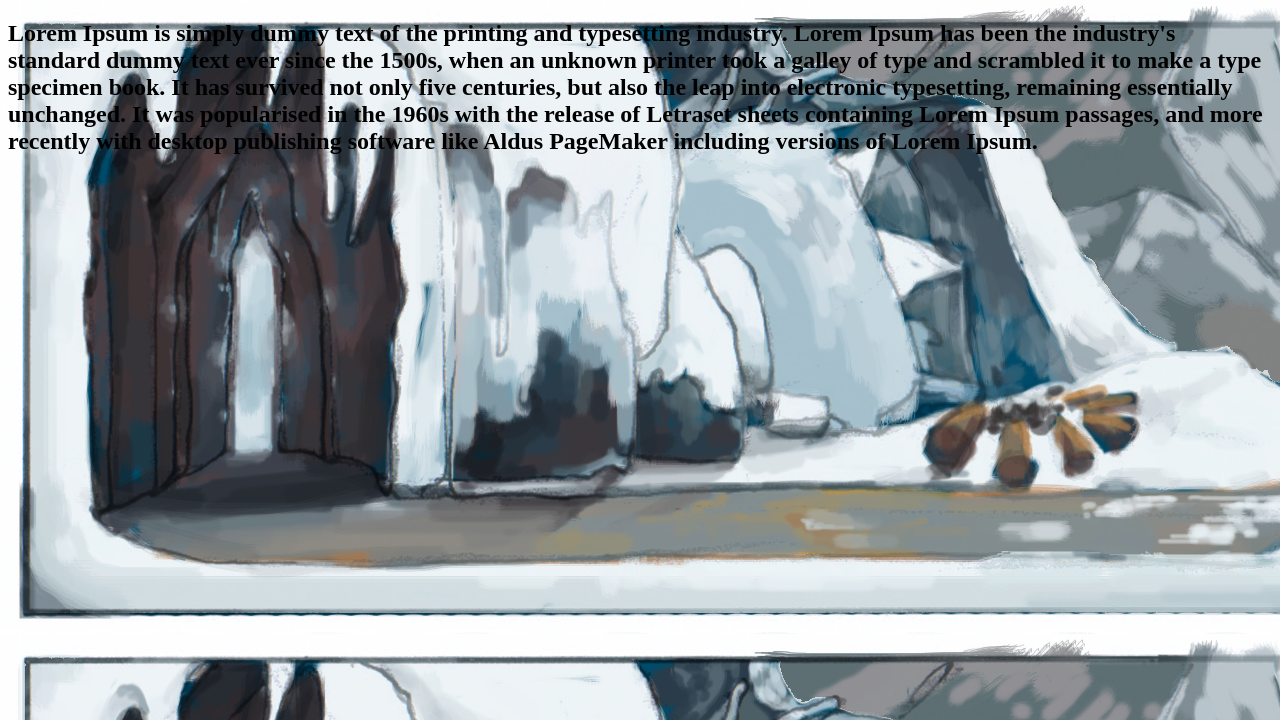
Repository: daeun0220/KB_EDU_JAVA
Page: work03_FrontUI/front02_CSS3/src/main/webapp/css07_background.html
An editor plug-in stored every save of this project. The page is shown before and after the next save, followed by the edit.
The browser window is 1280 px wide. The pictures show the whole page.

Above is the page before, as saved 2023-08-08 02:14:52.

After the next save:
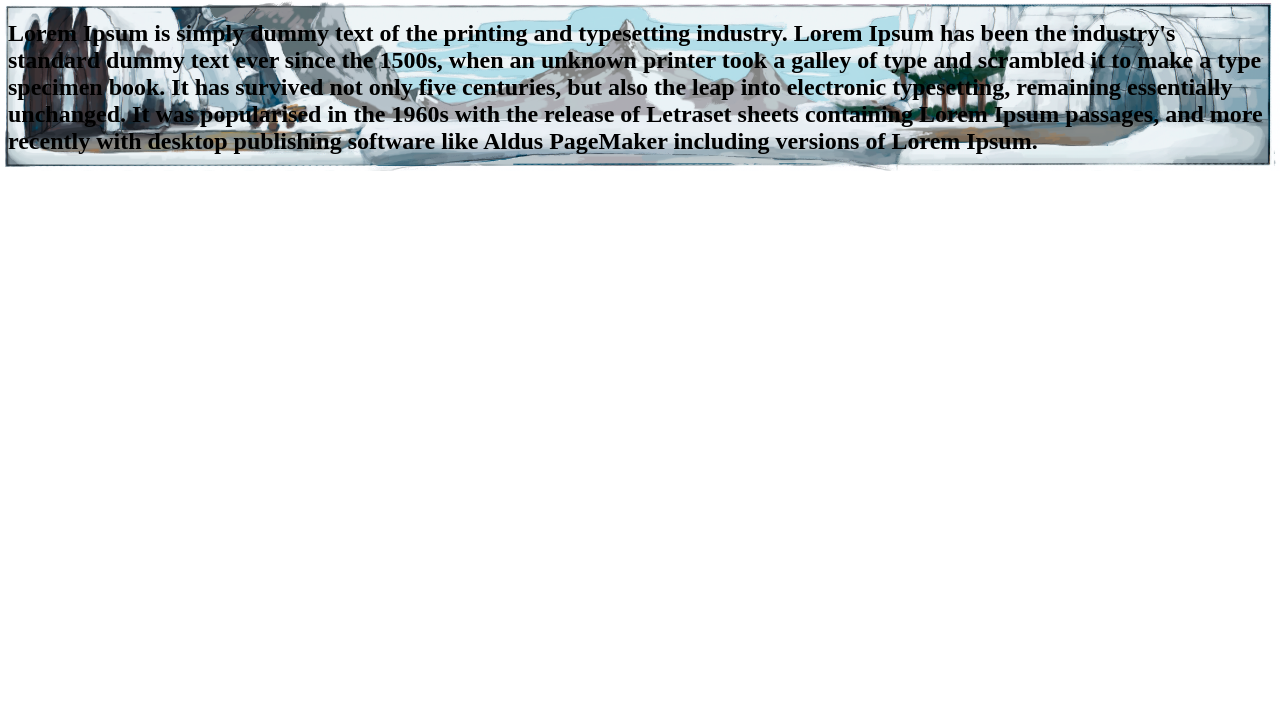
Saved 35 s later.
--- a/work03_FrontUI/front02_CSS3/src/main/webapp/css07_background.html
+++ b/work03_FrontUI/front02_CSS3/src/main/webapp/css07_background.html
@@ -10,6 +10,8 @@
 <style>
 body {
 	background-image: url("./img/BackgroundFront.png"), url("./img/BackgroundBack.png");
+	background-repeat: no-repeat;
+	background-size: 100%;
 }
 </style>
 </head>
